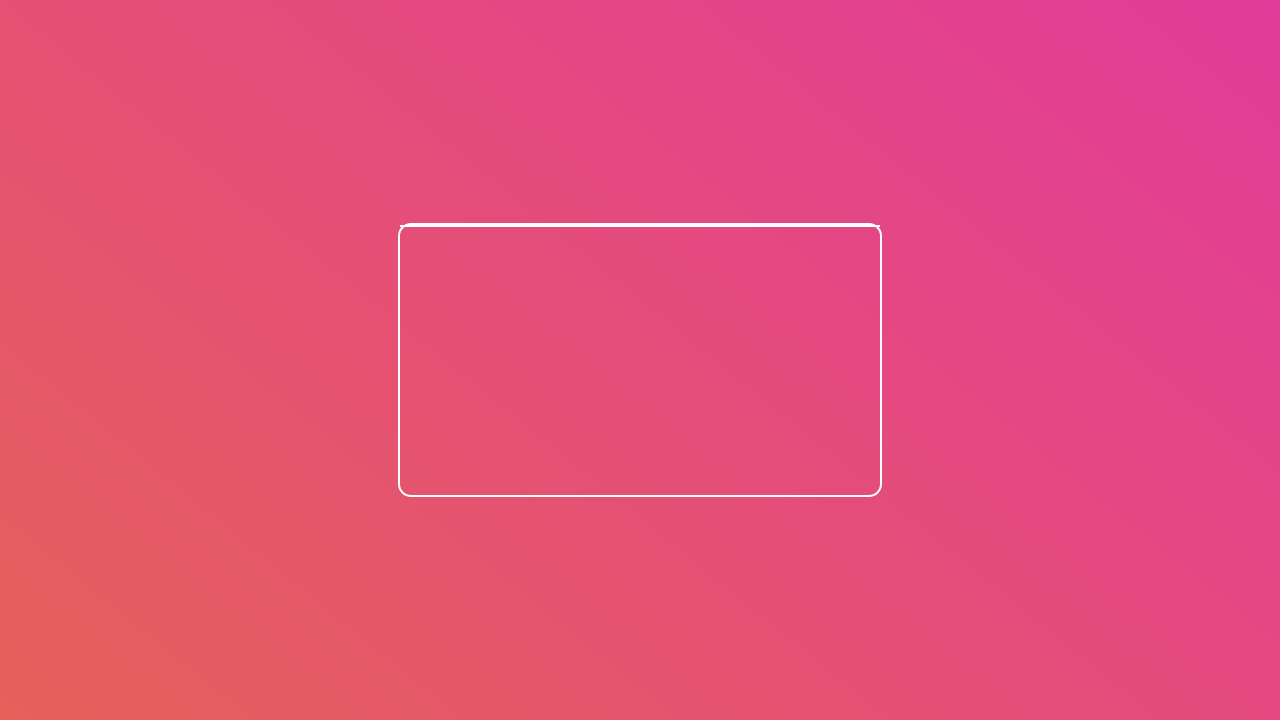
Repository: wrzonki/3d-css
Page: index.html
These files come from the project's save history. The page is drawn as it stood at one moment and after the next save; the edit follows.
The browser window is 1280 px wide. The pictures show the whole page.
The style sheet was rebuilt from its Sass, Less or Tailwind sources for each picture, by a compiler version that may differ from the author's.

Above is the page before, as saved 2019-11-25 20:59:09.

After the next save:
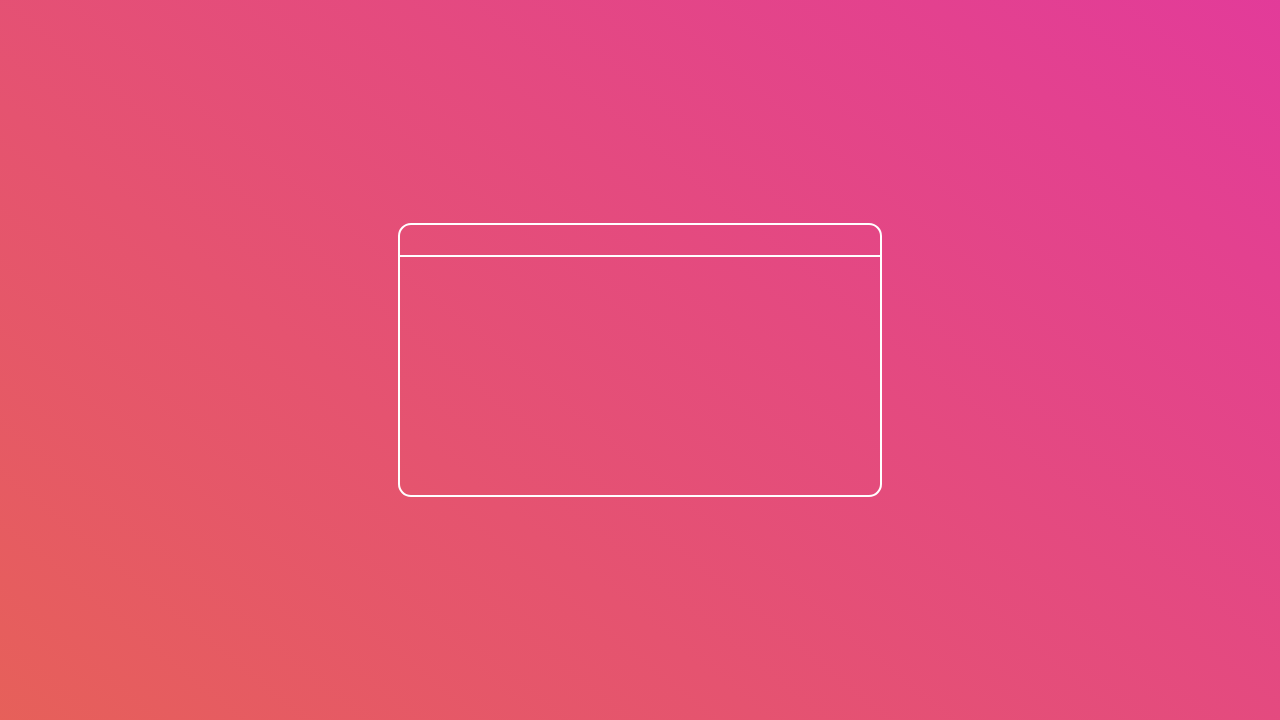
Saved 14 s later.
--- a/index.scss
+++ b/index.scss
@@ -47,6 +47,7 @@
         height: 2px;
         background-color: #fff;
         position: absolute;
+        top:30px;
     }
     $desktopRatioScale: 30px;
     $desktopWidth: 16 ;

After the save that followed:
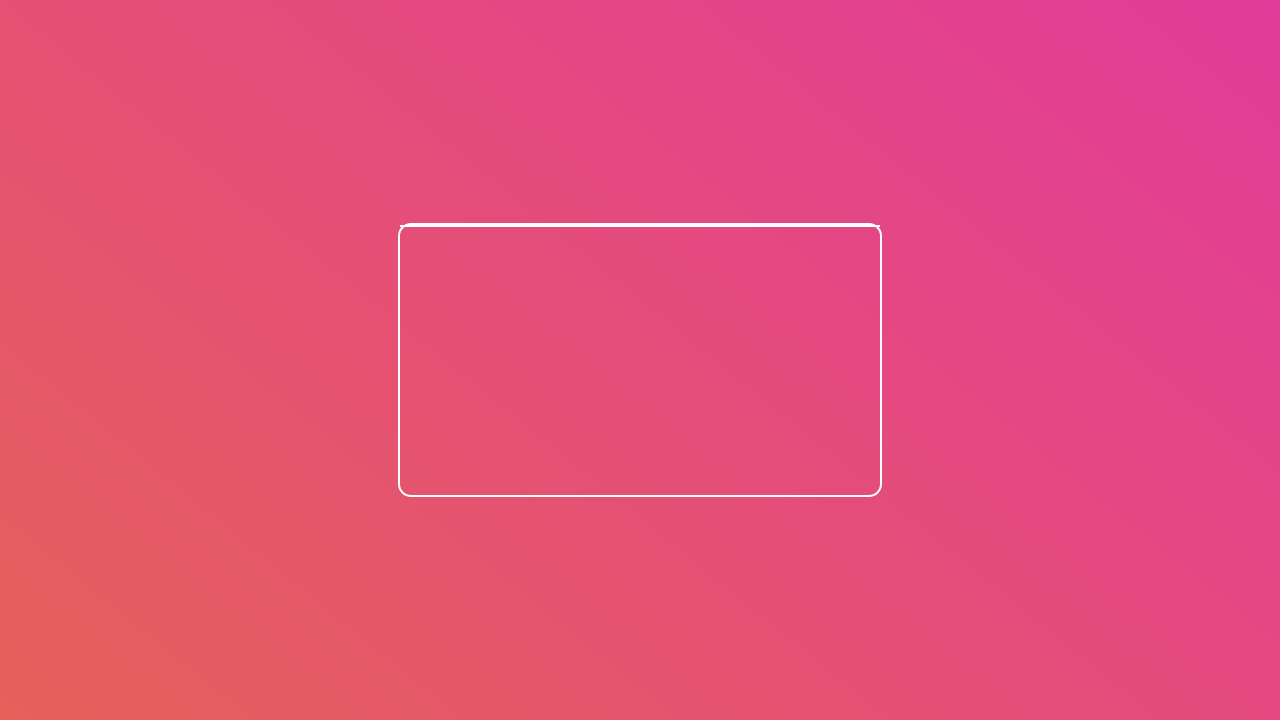
Saved 71 s later.
--- a/index.scss
+++ b/index.scss
@@ -47,7 +47,6 @@
         height: 2px;
         background-color: #fff;
         position: absolute;
-        top:30px;
     }
     $desktopRatioScale: 30px;
     $desktopWidth: 16 ;
